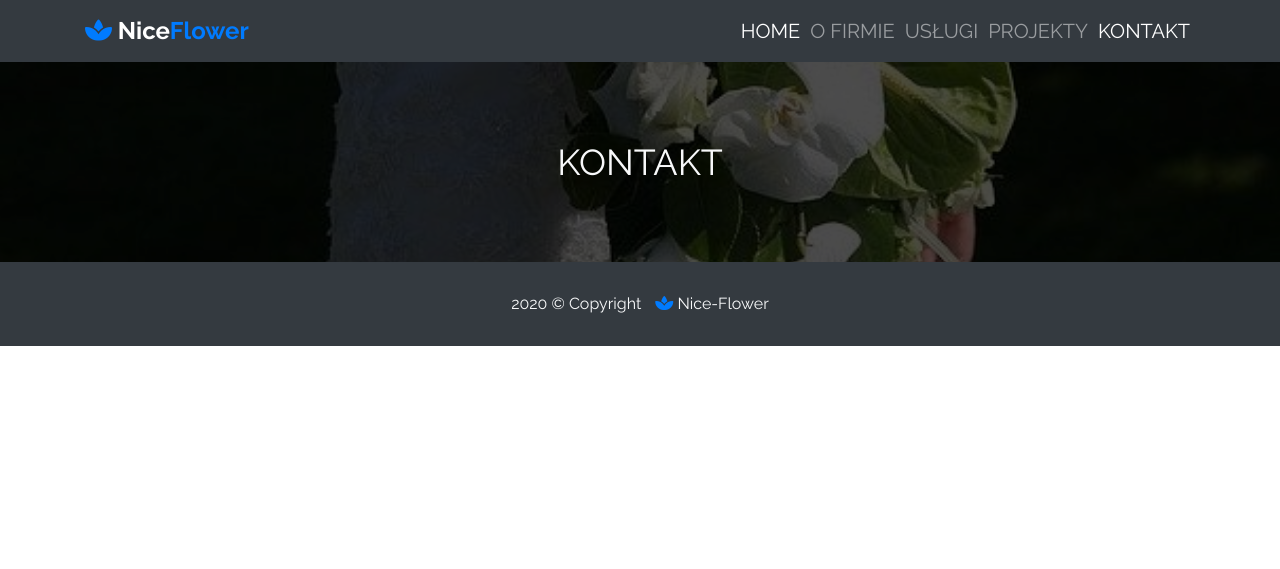
Repository: KrzysKolo/Projekt-13_Kwiaciarnia
Page: contact.html
The author's editor kept a copy of each file at every save. The page is drawn from the files as they stood at one save, then again after the next save.
The browser window is 1280 px wide. The pictures show the whole page.
Some web libraries are served in a nearby version.

Above is the page before, as saved 2020-08-11 12:46:35.

After the next save:
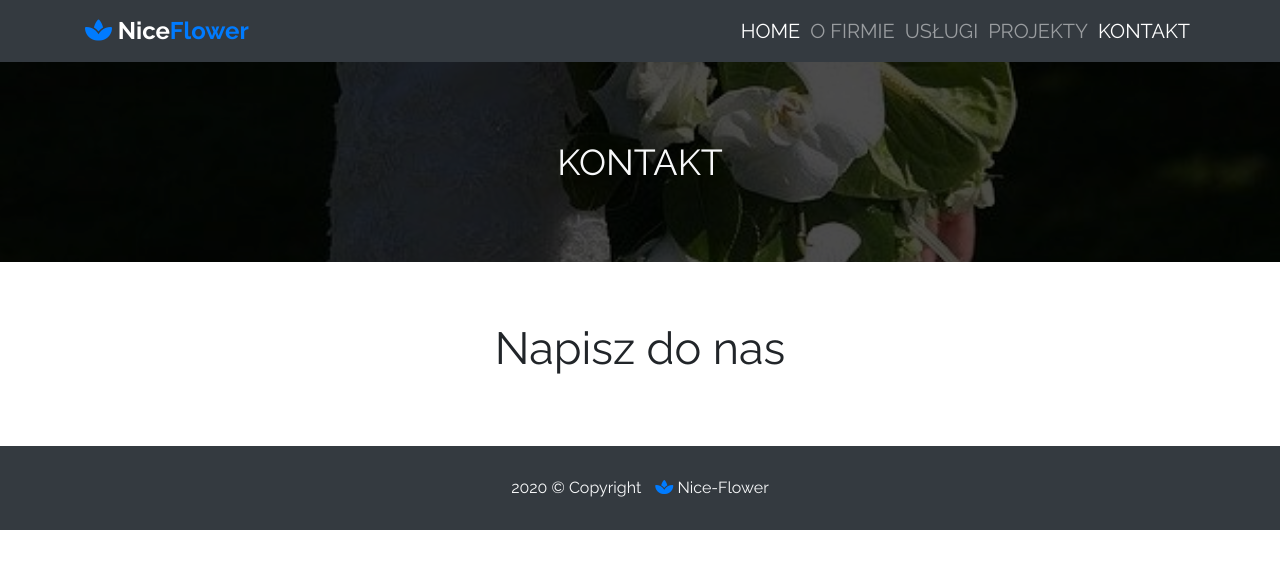
Saved 4 min 26 s later.
--- a/contact.html
+++ b/contact.html
@@ -61,6 +61,13 @@
         <div class="hero-shadow"></div>
         <p class="top-hero-text text-light">Kontakt</p>
       </section>
+      <section class="contact py-5">
+        <div class="container">
+          <div class="text-center py-5">
+            <p class="display-3">Napisz do nas</p>
+          </div>
+        </div>
+      </section>
     </main>
     <footer class="bg-dark text-light">
       <p class="py-5 px-3 mb-0 text-center">
